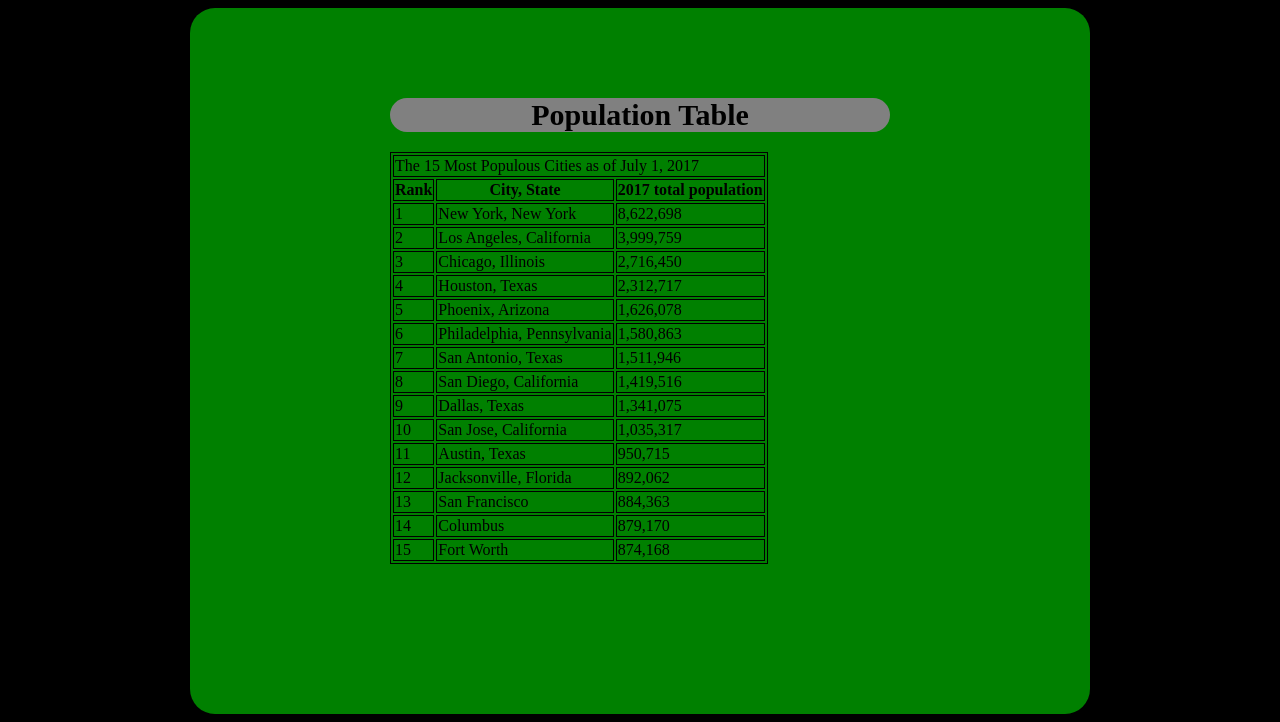
Repository: GaithCattan/COSW30
Page: http://localhost/labwork/lab5/population.php
The author's editor kept a record of every edit. The page is drawn from the files as they stood at one moment, then again after the next edit.
The browser window is 1280 px wide. The pictures show the whole page.
The page is run by PHP 8.4 with error messages shown; the project is at /var/www/html/.

Above is the page before.

After the next edit:
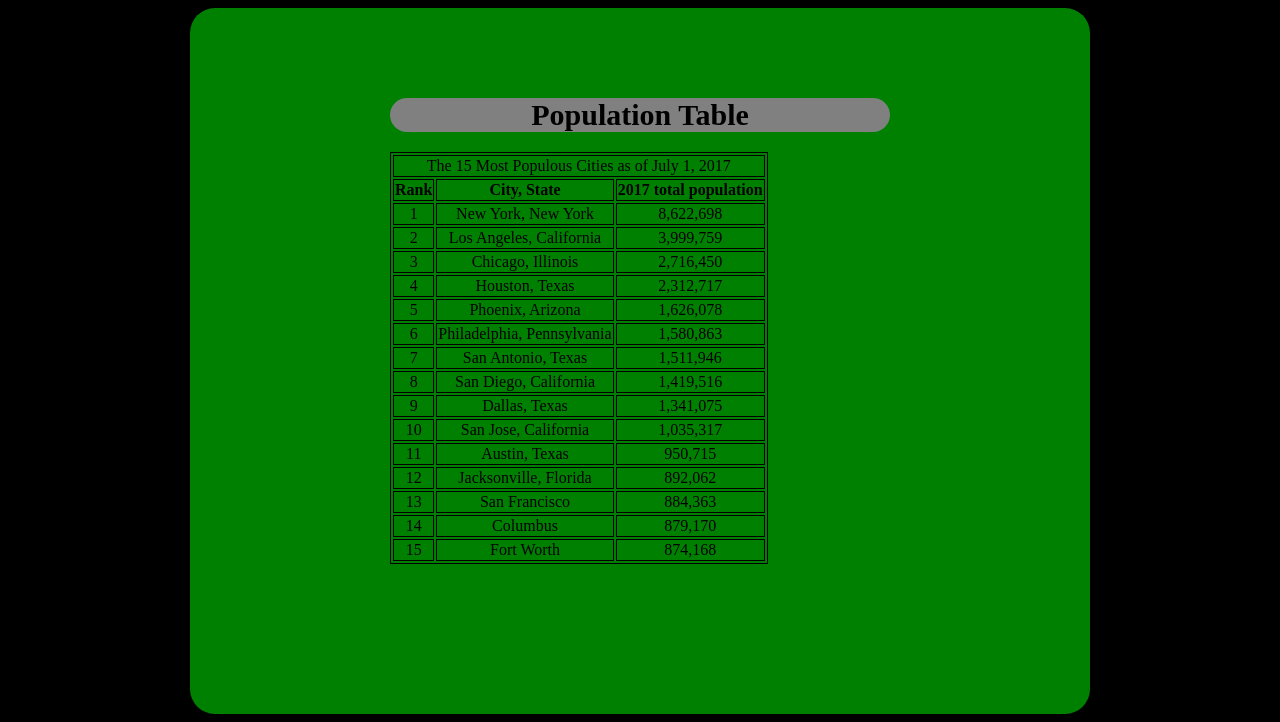
The edit:
--- a/labwork/lab5/population.php
+++ b/labwork/lab5/population.php
@@ -14,7 +14,7 @@
           #texting {width: 500px; display: block; margin-left: auto; margin-right: auto;}
           input[type=submit] {background-color: blue; border: none; border-radius: 10px;  color: white;  padding: 16px 32px;  text-decoration: none;  margin: 4px 2px;  cursor: pointer;}
           footer {font-size: 1.5em; color: white; text-align: center; margin-top: 11%;}
-          table, th, td {border: 1px solid black;}
+          table, th, td {border: 1px solid black; text-align: center;}
         </style>
 
     </head>
